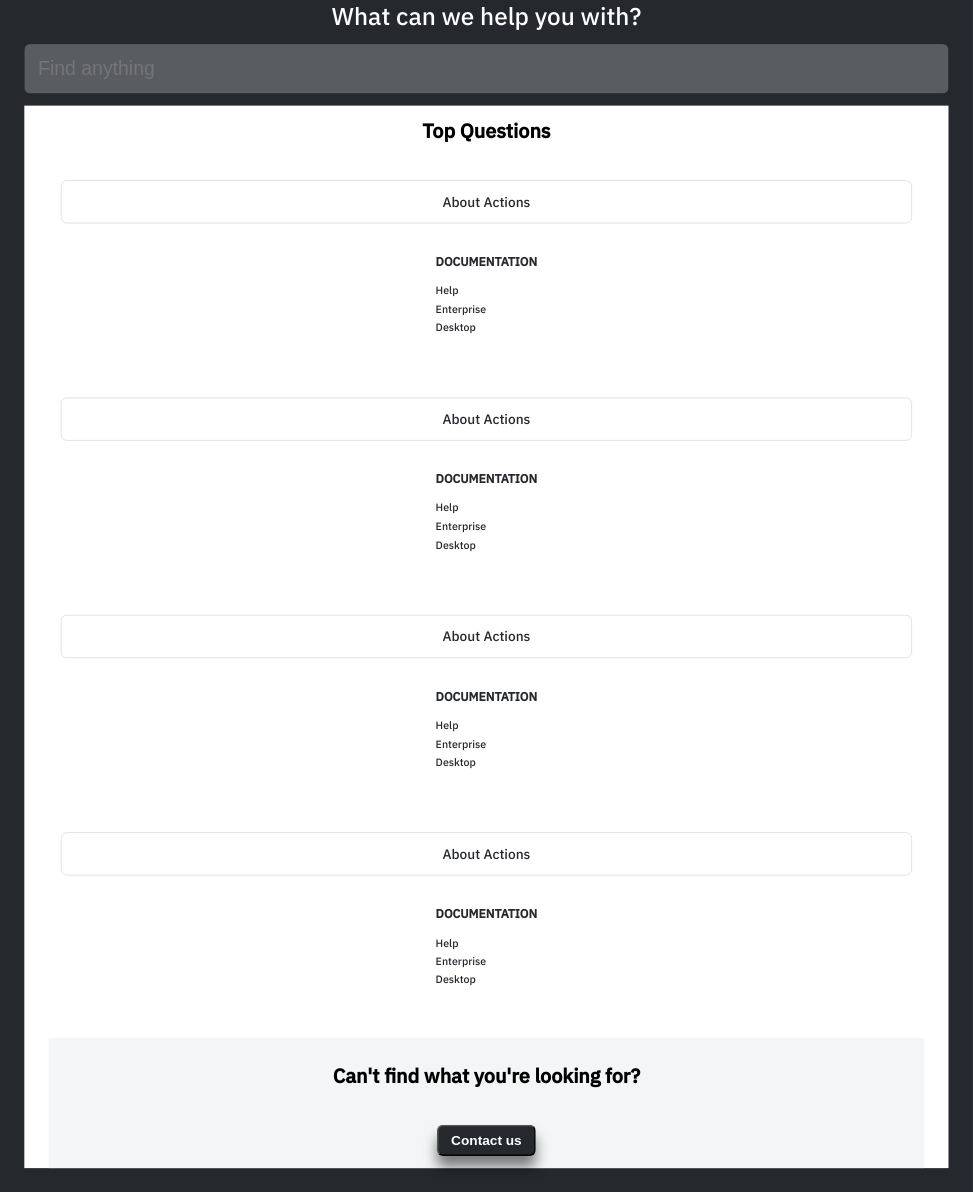
Repository: Hcmwebs/Help-Center-UI-
Page: index.html
An editor plug-in stored every save of this project. The page is shown before and after the next save, followed by the edit.
The browser window is 1280 px wide. The pictures show the whole page, at 76% of full size.
The style sheet was rebuilt from its Sass, Less or Tailwind sources for each picture, by a compiler version that may differ from the author's.

Above is the page before, as saved 2020-08-26 00:39:37.

After the next save:
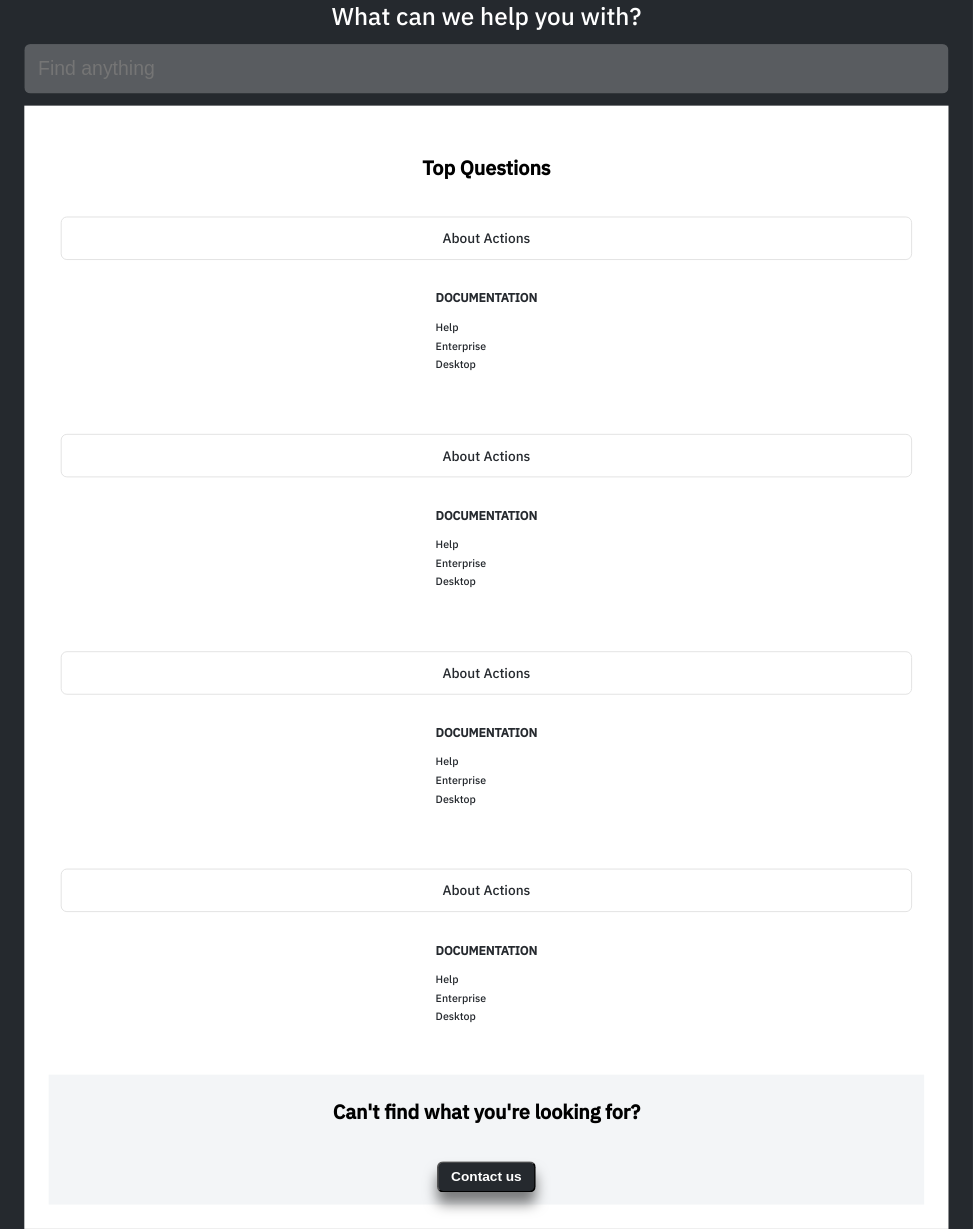
Saved 50 s later.
--- a/scss/styles.scss
+++ b/scss/styles.scss
@@ -70,7 +70,7 @@ header{
 .card{
     width: 100%;
     background-color: #fff;
-    padding: 0 2rem;
+    padding: 2rem;
 
     &-item{
         width: 100%;
@@ -132,7 +132,6 @@ header{
 
     &-footer{
         width: 100%;
-        margin-bottom: 2rem;
         background-color:$footer-bg-color;
         display: flex;
         flex-direction: column;
